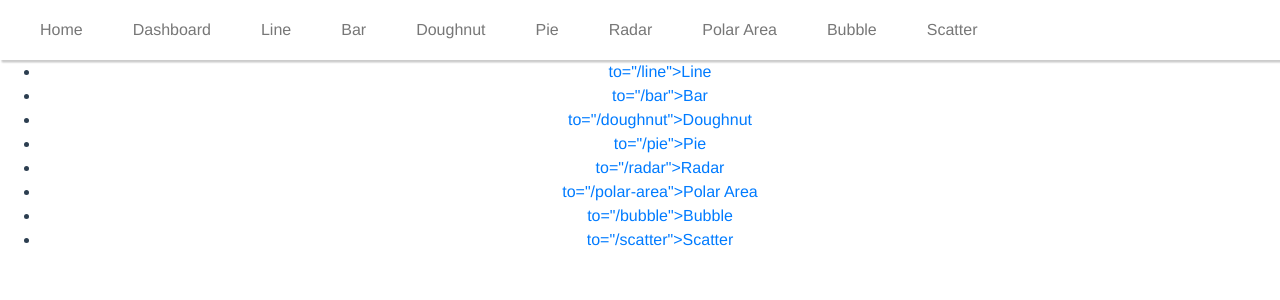
Repository: nashthecoder/vue_learn
Page: /dashboard (app in client/)
An editor plug-in stored every save of this project. The page is shown before and after the next save, followed by the edit.
The browser window is 1280 px wide. The pictures show the whole page.
The project was rebuilt for these pictures with package versions that can differ from the ones it lists, and the page was loaded fresh each time. Imported but missing from the stored project, and not drawn on this page: client/src/views/Home.vue.

Above is the page before, as saved 2020-12-24 23:26:59.

### client/public/index.html
<!DOCTYPE html>
<html lang="en">
  <head>
    <meta charset="utf-8">
    <meta http-equiv="X-UA-Compatible" content="IE=edge">
    <meta name="viewport" content="width=device-width,initial-scale=1.0">
    <link rel="icon" href="<%= BASE_URL %>favicon.ico">
    <title>Visualizations</title>
  </head>
  <body>
    <noscript>
      <strong>We're sorry but client doesn't work properly without JavaScript enabled. Please enable it to continue.</strong>
    </noscript>
    <div id="app"></div>
    <!-- built files will be auto injected -->
  </body>
</html>

### client/src/main.js
import Vue from "vue";
import App from "./App.vue";
import "bootstrap/dist/css/bootstrap.css";
import router from "./router";

Vue.config.productionTip = false;

new Vue({
  router,
  render: h => h(App)
}).$mount("#app");

### client/src/App.vue
<template>
  <div id="app">
    <ResponsiveNav
      :nav-links="navLinks"
      background="#fff"
      link-color="#777"
      hoverBackground="#ddd"
    />
    <router-view />
  </div>
</template>
<script>
import ResponsiveNav from "@/components/ResponsiveNav";

export default {
  components: {
    ResponsiveNav
  },
  data: () => ({
    navLinks: [
      {
        text: "Home",
        path: "/"
      },
      {
        text: "Dashboard",
        path: "/dashboard"
      },
      {
        text: "Line",
        path: "/line"
      },
      {
        text: "Bar",
        path: "/bar"
      },
      {
        text: "Doughnut",
        path: "/doughnut"
      },
      {
        text: "Pie",
        path: "/pie"
      },
      {
        text: "Radar",
        path: "/radar"
      },
      {
        text: "Polar Area",
        path: "/polar-area"
      },
      {
        text: "Bubble",
        path: "/bubble"
      },
      {
        text: "Scatter",
        path: "/scatter"
      }
    ]
  })
};
</script>
<style>
body {
  margin: 0;
}
#app {
  font-family: "Avenir", Helvetica, Arial, sans-serif;
  -webkit-font-smoothing: antialiased;
  -moz-osx-font-smoothing: grayscale;
  text-align: center;
  color: #2c3e50;
}
#nav {
  padding: 30px;
}

#nav a {
  font-weight: bold;
  color: #2c3e50;
}

#nav a.router-link-exact-active {
  color: #42b983;
}
</style>

### client/src/router.js
import Vue from "vue";
import VueRouter from "vue-router";
import Home from "./views/Home.vue";

Vue.use(VueRouter);

const routes = [
  {
    path: "/",
    name: "Home",
    component: Home
  },
  {
    path: "/dashboard",
    name: "Dashboard",
    component: () => import("./views/Dashboard.vue")
  },
  {
    path: "/line",
    name: "Line",
    component: () => import("./views/Line.vue")
  },
  {
    path: "/bar",
    name: "Bar",
    component: () => import("./views/Bar.vue")
  },
  {
    path: "/doughnut",
    name: "Doughnut",
    component: () => import("./views/Doughnut.vue")
  },
  {
    path: "/pie",
    name: "Pie",
    component: () => import("./views/Pie.vue")
  },
  {
    path: "/radar",
    name: "Radar",
    component: () => import("./views/Radar.vue")
  },
  {
    path: "/polar-area",
    name: "PolarArea",
    component: () => import("./views/PolarArea.vue")
  },
  {
    path: "/bubble",
    name: "Bubble",
    component: () => import("./views/Bubble.vue")
  },
  {
    path: "/scatter",
    name: "Scatter",
    component: () => import("./views/Scatter.vue")
  }
];
const router = new VueRouter({
  mode: "history",
  base: process.env.BASE_URL,
  routes
});

export default router;

### client/src/components/ResponsiveNav.vue
<template>
  <nav :style="{ background: background || '#333' }">
    <ul :style="{ background: background || '#333' }"ref="nav">
      <figure class="image-logo" @click="toggleNav"></figure>
      <li
        v-for="(link, index) in navLinks" :key="index"
        @mouseenter="$event.currentTarget.style.background = hoverBackground || '#999'"
        @mouseleave="$event.currentTarget.style.background = background || '#333'"
      >
        <router-link
          :to="link.path"
					:style="{ color: linkColor || '#DDD' }"
				>
					{{ link.text }}
					<i :class="link.icon" />
				</router-link>
      </li>
    </ul>
  </nav>
</template>
<script>
export default {
	props: ['navLinks', 'background', 'linkColor', 'hoverBackground', 'imagePath'],
	methods: {
		toggleNav () {
			const nav = this.$refs.nav.classList
			nav.contains('active') ? nav.remove('active') : nav.add('active')
		}
	}
}
</script>

<style scoped lang="scss">
nav {
	height: 60px;
	width: 100%;
	box-shadow: 2px 2px 2px #CCC;
	ul {
		display: flex;
		height: 100%;
		align-items: center;
		margin-block-start: 0;
		margin-block-end: 0;
		padding-inline-start: 0;
		box-shadow: 2px 2px 2px #CCC;
		figure {
			cursor: pointer;
			margin-right: 10px;
		}
		a {
			text-decoration: none;
			display: flex;
			flex-direction: row-reverse;
			align-items: center;
		}
		i {
			margin-right: 10px;
			font-size: 22px;
		}
		li {
			list-style-type: none;
			padding: 10px 20px;
		}
	}
}
@media screen and (max-width: 759px) {
  nav {
    ul {
      position: absolute;
      width: 300px;
      flex-direction: column;
      left: -240px;
      transition: 300ms ease all;
      top: 60px;
      &.active {
        left: 0px;
      }
      figure {
        position: fixed;
        z-index: 1;
        top: 10px;
        left: 2px;
      }
      li {
        width: 100%;
        padding-left: 0;
        padding-right: 0;
      }
      a {
        flex-direction: row;
        margin-left: 20px;
        justify-content: space-between;
        margin-right: 13px;
      }
    }
  }
}
</style>

### client/src/views/Dashboard.vue
<template>
  <div id="sidebar">
    <ul>
      <li><a href="#">to="/line">Line</a></li>
      <li><a href="#">to="/bar">Bar</a></li>
      <li><a href="#">to="/doughnut">Doughnut</a></li>
      <li><a href="#">to="/pie">Pie</a></li>
      <li><a href="#">to="/radar">Radar</a></li>
      <li><a href="#">to="/polar-area">Polar Area</a></li>
      <li><a href="#">to="/bubble">Bubble</a></li>
      <li><a href="#">to="/scatter">Scatter</a></li>
    </ul>
  </div>
</template>

<script>
export default {
  components: {},
  data() {
    return {};
  }
};
</script>

<style scoped></style>

After the next save:
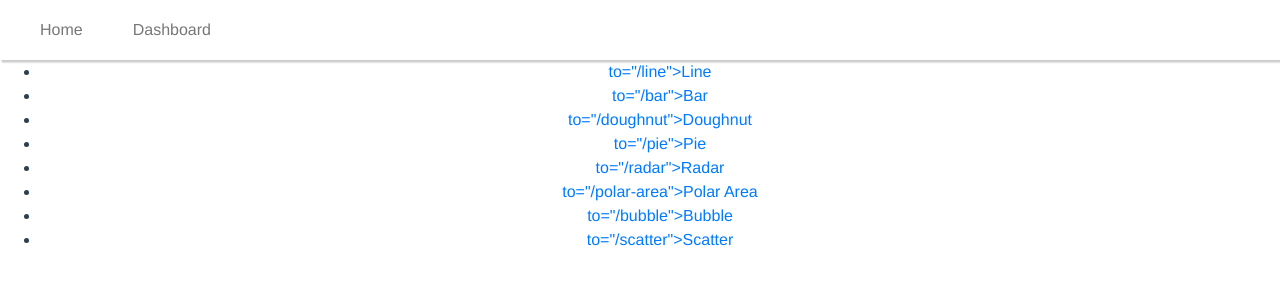
Saved 69 s later.
--- a/client/src/App.vue
+++ b/client/src/App.vue
@@ -25,38 +25,6 @@ export default {
       {
         text: "Dashboard",
         path: "/dashboard"
-      },
-      {
-        text: "Line",
-        path: "/line"
-      },
-      {
-        text: "Bar",
-        path: "/bar"
-      },
-      {
-        text: "Doughnut",
-        path: "/doughnut"
-      },
-      {
-        text: "Pie",
-        path: "/pie"
-      },
-      {
-        text: "Radar",
-        path: "/radar"
-      },
-      {
-        text: "Polar Area",
-        path: "/polar-area"
-      },
-      {
-        text: "Bubble",
-        path: "/bubble"
-      },
-      {
-        text: "Scatter",
-        path: "/scatter"
       }
     ]
   })
